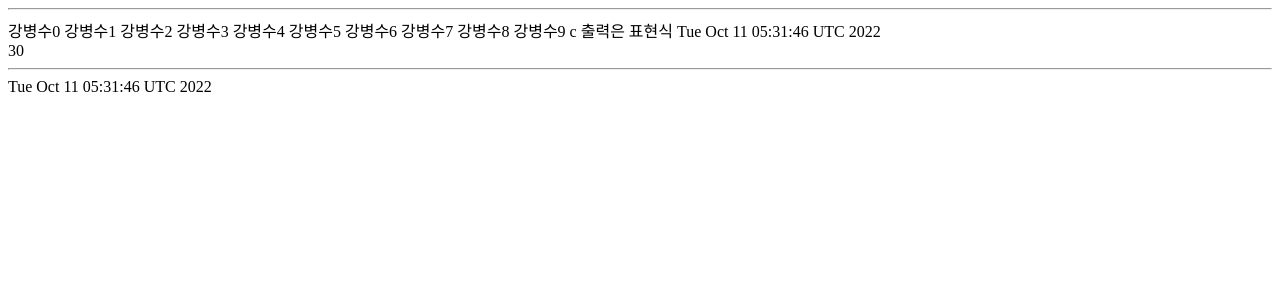
Repository: Rua1006/JSP
Page: http://localhost/practice01/
These files come from the project's save history. The page is drawn as it stood at one moment and after the next save; the edit follows.
The browser window is 1280 px wide. The pictures show the whole page.
The page is served by Tomcat 9. Other server files are loaded and not shown.

Above is the page before, as saved 2022-10-11 06:13:21.

### practice01/WebContent/index.jsp
<%@ page language="java" contentType="text/html; charset=UTF-8"
    pageEncoding="UTF-8"%>
<%@ page import="java.util.Date" %><!-- 페이지 디렉티브 -->
<!DOCTYPE html>
<html>
<head>
<meta charset="UTF-8">
<title>웹 문서 테스트</title>
</head>
<body>
<%!
	//선언문  - 객체, 변수, 메소드 선언시
	int[] jumsu = {50, 60, 80};
	int a = 20;
	int b = 30;
	Date now = new Date();
%>
<hr>
<%
	//처리 구문 -> 스크립트릿(scriptlet) : 자바코드
	int c;
	String name = "강병수";
	if(a>b){
		c = a;
	}else{
		c = b;
	}
	for(int d=0; d<10; d++){
		out.println(name+d);
	}
	out.println("c 출력은 표현식");
	out.println(now);
%>
<!-- 각주 -->
<div id="result">
<%=c %>
<hr>
<%=now %>
</div>

</body>
</html>

After the next save:
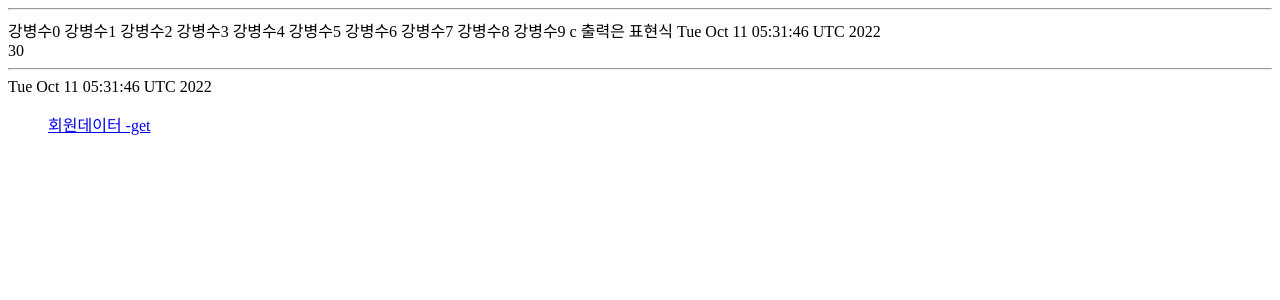
Saved 2 min 40 s later.
--- a/practice01/WebContent/index.jsp
+++ b/practice01/WebContent/index.jsp
@@ -36,6 +36,9 @@
 <%=c %>
 <hr>
 <%=now %>
+<ul>
+<a href = "test01.jsp?id=kbs&pw=1234&name=강병수">회원데이터 -get</a>
+</ul>
 </div>
 
 </body>
